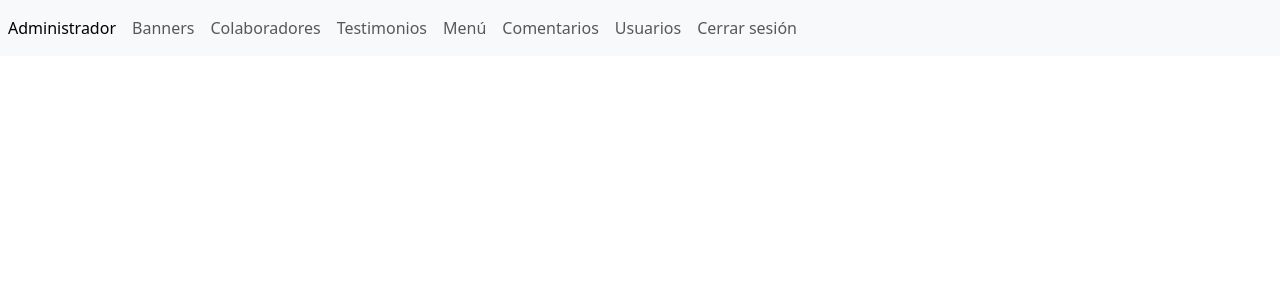
Repository: salextros/Restaurant-Project-PHP-MySQL
Page: http://localhost/TRABAJO_FINAL/restaurant/admin/seccion/comentarios/index.php
These files come from the project's save history. The page is drawn as it stood at one moment and after the next save; the edit follows.
The browser window is 1280 px wide. The pictures show the whole page.
The page is run by PHP 8.4 with error messages shown; the project is at /var/www/html/.

Above is the page before, as saved 2026-02-03 11:32:28.

### restaurant/admin/seccion/comentarios/index.php
<?php include ("../../templates/header.php"); ?>

<?php include ("../../templates/footer.php"); ?>

### restaurant/admin/templates/header.php
<?php
$url_base = "http://localhost/TRABAJO_FINAL/restaurant/admin/";
?>
<!doctype html>
<html lang="en">

    <head>
        <title>Administrador del sitio web </title>
        <!-- Required meta tags -->
        <meta charset="utf-8" />
        <meta
            name="viewport"
            content="width=device-width, initial-scale=1, shrink-to-fit=no"
        />

        <!-- Bootstrap CSS v5.2.1 -->
        <link
            href="https://cdn.jsdelivr.net/npm/bootstrap@5.3.2/dist/css/bootstrap.min.css"
            rel="stylesheet"
            integrity="sha384-T3c6CoIi6uLrA9TneNEoa7RxnatzjcDSCmG1MXxSR1GAsXEV/Dwwykc2MPK8M2HN"
            crossorigin="anonymous"
        />
    </head>

    <body>
        <header>
            <!-- place navbar here -->
            <nav class="navbar navbar-expand navbar-light bg-light">
                <div class="nav navbar-nav">
                    <a class="nav-item nav-link active" href="#" aria-current="page">Administrador<span class="visually-hidden">(current)</span></a>

                    <a class="nav-item nav-link" href="<?php echo $url_base;?>seccion/banners">Banners</a>
                    <a class="nav-item nav-link" href="<?php echo $url_base;?>seccion/colaboradores">Colaboradores</a>
                    <a class="nav-item nav-link" href="<?php echo $url_base;?>seccion/testimonios">Testimonios</a>
                    <a class="nav-item nav-link" href="<?php echo $url_base;?>seccion/menu">Menú</a>
                    <a class="nav-item nav-link" href="<?php echo $url_base;?>seccion/comentarios">Comentarios</a>
                    <a class="nav-item nav-link" href="<?php echo $url_base;?>seccion/usuarios">Usuarios</a>
                    <a class="nav-item nav-link" href="#">Cerrar sesión</a>

                </div>
            </nav>


        </header>
        <main>
        <section class="container">

### restaurant/admin/templates/footer.php
        </section>
        </main>
        <footer>
            <!-- place footer here -->
        </footer>
        <!-- Bootstrap JavaScript Libraries -->
        <script
            src="https://cdn.jsdelivr.net/npm/@popperjs/core@2.11.8/dist/umd/popper.min.js"
            integrity="sha384-I7E8VVD/ismYTF4hNIPjVp/Zjvgyol6VFvRkX/vR+Vc4jQkC+hVqc2pM8ODewa9r"
            crossorigin="anonymous"
        ></script>

        <script
            src="https://cdn.jsdelivr.net/npm/bootstrap@5.3.2/dist/js/bootstrap.min.js"
            integrity="sha384-BBtl+eGJRgqQAUMxJ7pMwbEyER4l1g+O15P+16Ep7Q9Q+zqX6gSbd85u4mG4QzX+"
            crossorigin="anonymous"
        ></script>
    </body>
</html>

After the next save:
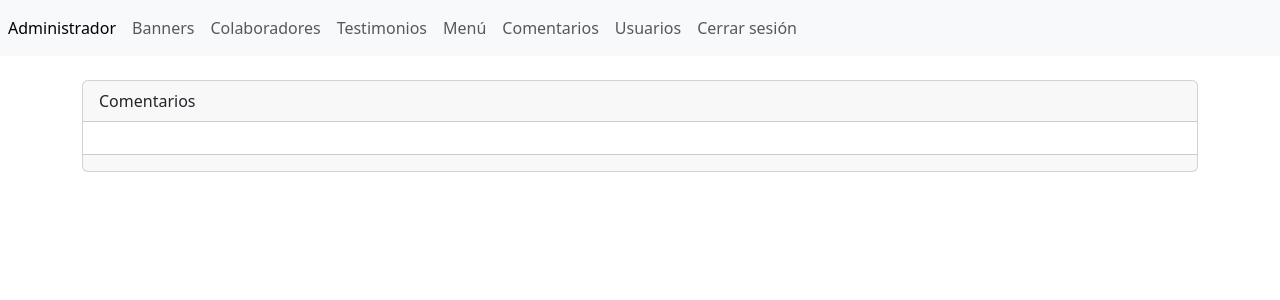
Saved 5 min 39 s later.
--- a/restaurant/admin/seccion/comentarios/index.php
+++ b/restaurant/admin/seccion/comentarios/index.php
@@ -1,3 +1,13 @@
 <?php include ("../../templates/header.php"); ?>
 
+<br/>
+<div class="card">
+    <div class="card-header">Comentarios</div>
+    <div class="card-body">
+
+    </div>
+    <div class="card-footer text-muted"></div>
+</div>
+
+
 <?php include ("../../templates/footer.php"); ?>
